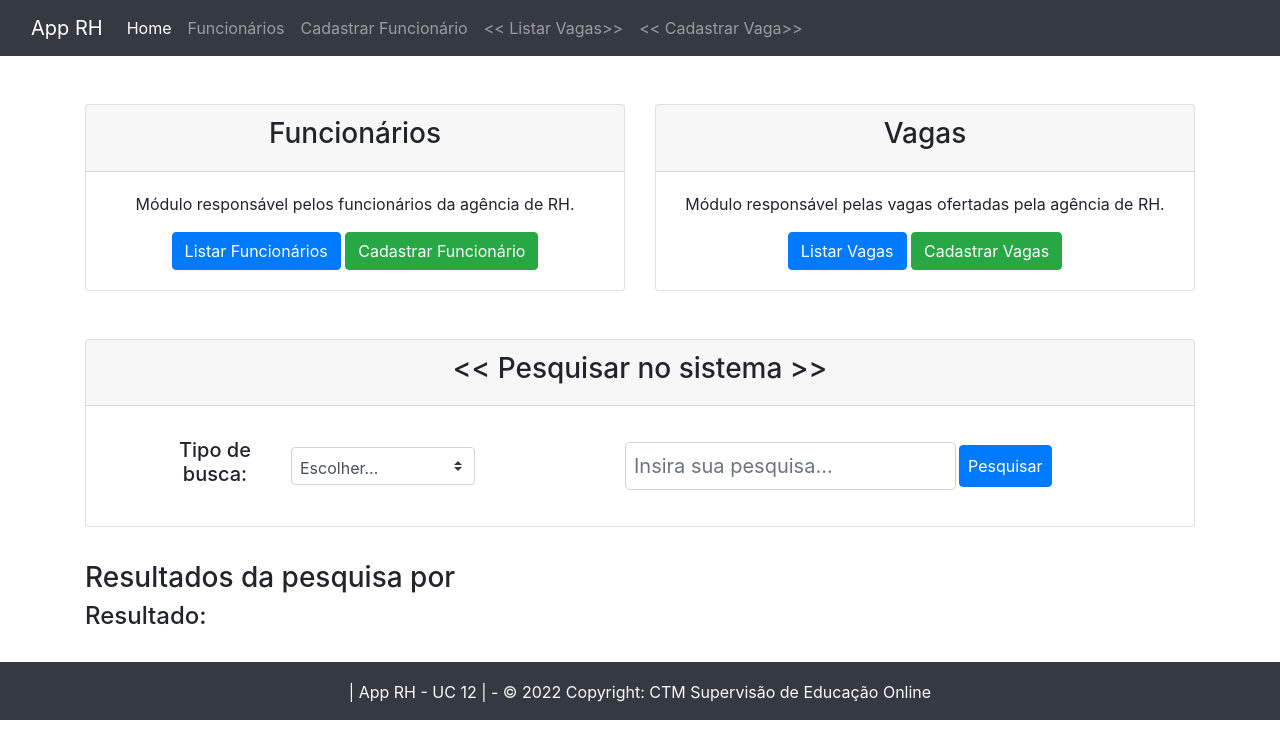
Repository: FilosoDev/SPRING-BOOT-testes
Page: http://localhost/index
These files come from the project's save history. The page is drawn as it stood at one moment and after the next save; the edit follows.
The browser window is 1280 px wide. The pictures show the whole page.
The page is this project's Thymeleaf template; nobody is signed in. The template is opened directly, without the code that normally fills it, so the values that code supplies are empty.

Above is the page before, as saved 2021-11-23 17:58:11.
Console error: TypeError: Cannot read properties of undefined (reading 'fn')

### AppRH/AppRH/src/main/resources/templates/index.html
<!DOCTYPE html>
<html lang=”pt-br” xmlns:th="http://thymeleaf.org"
	xmlns:layout="http://www.ultraq.net.nz/thymeleaf/layout">

<head>

<meta charset="utf-8">
<meta http-equiv="X-UA-Compatible" content="IE=edge">
<meta name="viewport" content="width=device-width, initial-scale=1">

<title>| App RH - UC 12 |</title>

<!-- Bootstrap -->
<link href="bootstrap/css/bootstrap.min.css" rel="stylesheet">

<!-- HTML5 shim e Respond.js para suporte no IE8 de elementos HTML5 e media queries -->
<!-- ALERTA: Respond.js não funciona se você visualizar uma página file:// -->
<!--[if lt IE 9]>
      <script src="https://oss.maxcdn.com/html5shiv/3.7.3/html5shiv.min.js"></script>
      <script src="https://oss.maxcdn.com/respond/1.4.2/respond.min.js"></script>
    <![endif]-->

</head>

<body>

	<header>

		<nav class="navbar navbar-expand-lg navbar-dark bg-dark">
			<div class="container-fluid">
				<a class="navbar-brand" href="/">App RH</a>
				<button class="navbar-toggler" type="button"
					data-bs-toggle="collapse" data-bs-target="#navbarNav"
					aria-controls="navbarNav" aria-expanded="false"
					aria-label="Toggle navigation">
					<span class="navbar-toggler-icon"></span>
				</button>
				<div class="collapse navbar-collapse" id="navbarNav">
					<ul class="navbar-nav">
						<li class="nav-item"><a class="nav-link active"
							aria-current="page" href="/">Home</a></li>
						<li class="nav-item"><a class="nav-link" href="/funcionarios">Funcionários</a></li>
						<li class="nav-item"><a class="nav-link"
							href="/cadastrarFuncionario">Cadastrar Funcionário</a></li>
						<li class="nav-item"><a class="nav-link" href="/vagas">
								<< Listar Vagas>> </a></li>
						<li class="nav-item"><a class="nav-link"
							href="/cadastrarVaga"> << Cadastrar Vaga>> </a></li>
					</ul>
				</div>
			</div>
		</nav>

	</header>

	<div class="container">
		<br> <br>

		<div class="row">
			<div class="col">
				<div class="card text-center">
					<div class="card-header card-title">
						<h3>Funcionários</h3>
					</div>
					<div class="card-body">

						<p class="card-text">Módulo responsável pelos funcionários da
							agência de RH.</p>
						<a href="/funcionarios" class="btn btn-primary">Listar
							Funcionários</a> <a href="/cadastrarFuncionario"
							class="btn btn-success">Cadastrar Funcionário</a>
					</div>
				</div>
			</div>
			<div class="col">
				<div class="card text-center">
					<div class="card-header  card-title">
						<h3>Vagas</h3>
					</div>
					<div class="card-body">
						<p class="card-text">Módulo responsável pelas vagas ofertadas
							pela agência de RH.</p>
						<a href="/vagas" class="btn btn-primary">Listar Vagas</a> <a
							href="/cadastrarVaga" class="btn btn-success">Cadastrar Vagas</a>
					</div>
				</div>
			</div>


		</div>
		<div class="row">
			<div class="col">
				<br> <br>
				<div class="card text-center card w-100">
					<div class="card-header">
						<h3><< Pesquisar no sistema >></h3>
					</div>



					<form class="form-inline" method="post">


						<div class="row form-group justify-content-center w-100 p-2">


							<div class="row col-14 col-md-2">

								<label for="cars" class="my-3 p-2"><h5>Tipo de
										busca:</h5></label>
							</div>

							<div class="row col-14 col-md-4">


								<select name="busca" id="busca" class="custom-select my-3 p-2">
									<option selected>Escolher...</option>
									<option value="nomefuncionario">Nome do Funcionário</option>
									<option value="nomedependente">Nome do Dependente</option>
									<option value="nomecandidato">Nome do Candidato</option>
									<option value="titulovaga">Nome da Vaga</option>
								</select>


						</div>

							<div class="row  col-14 col-md-4">

								<input
									class="form-control form-control-lg my-3 p-2"
									type="search" placeholder="Insira sua pesquisa..."
									aria-label="Pesquisar" name="nome">

							</div>

							<div class="row col-14 col-md-2">

								<button class="btn btn-primary my-3 p-2" type="submit">Pesquisar</button>

							</div>
						</div>

					</form>
				</div>
			</div>
			<br>
			<div class="container">
				<h3>
				<br>
					Resultados da pesquisa por <i> <span th:text="${busca}"></span>
					</i>
				</h3>
				<h4>
					Resultado: <span th:text="${contador}"></span>
				</h4>

				<div th:each="lstdependente : ${lista}">
					<span th:text="${lstdependente.nome}"></span> <br>

				</div>


				<div th:each="funcionario : ${funcionario}">
					<div class="row">
						<p>
							<span th:text="${funcionario.id}"></span>
						</p>
						<p>
							<span th:text="${funcionario.nome}"></span>
						</p>
						<p>
							<span th:text="${funcionario.data}"></span>
						</p>
						<p>
							<span th:text="${funcionario.email}"></span>
						</p>
					</div>
				</div>

				<div th:each="dependente : ${dependentes}">
					<span th:text="${dependente.cpf}"></span> <span
						th:text="${dependente.nome}"></span> <span
						th:text="${dependente.datanascimento}"></span> <br>
				</div>



			</div>



		</div>





		<div style="height: 100px;"></div>

		<div class="footer-copyright fixed-bottom bg-dark text-center py-3">
			<span class="text-light align-middle">| App RH - UC 12 | - ©
				2022 Copyright: CTM Supervisão de Educação Online</span>
		</div>

		<!--JavaScript bootstrap-->
		<script type="text/javascript" src="bootstrap/js/bootstrap.js"></script>
		<script
			src="https://cdn.jsdelivr.net/npm/bootstrap@5.1.3/dist/js/bootstrap.bundle.min.js"
			integrity="sha384-ka7Sk0Gln4gmtz2MlQnikT1wXgYsOg+OMhuP+IlRH9sENBO0LRn5q+8nbTov4+1p"
			crossorigin="anonymous">
	</script>
</body>

</html>

Loaded but not shown: AppRH/AppRH/src/main/resources/static/bootstrap/css/bootstrap.min.css (library); AppRH/AppRH/src/main/resources/static/bootstrap/js/bootstrap.js (library)

After the next save:
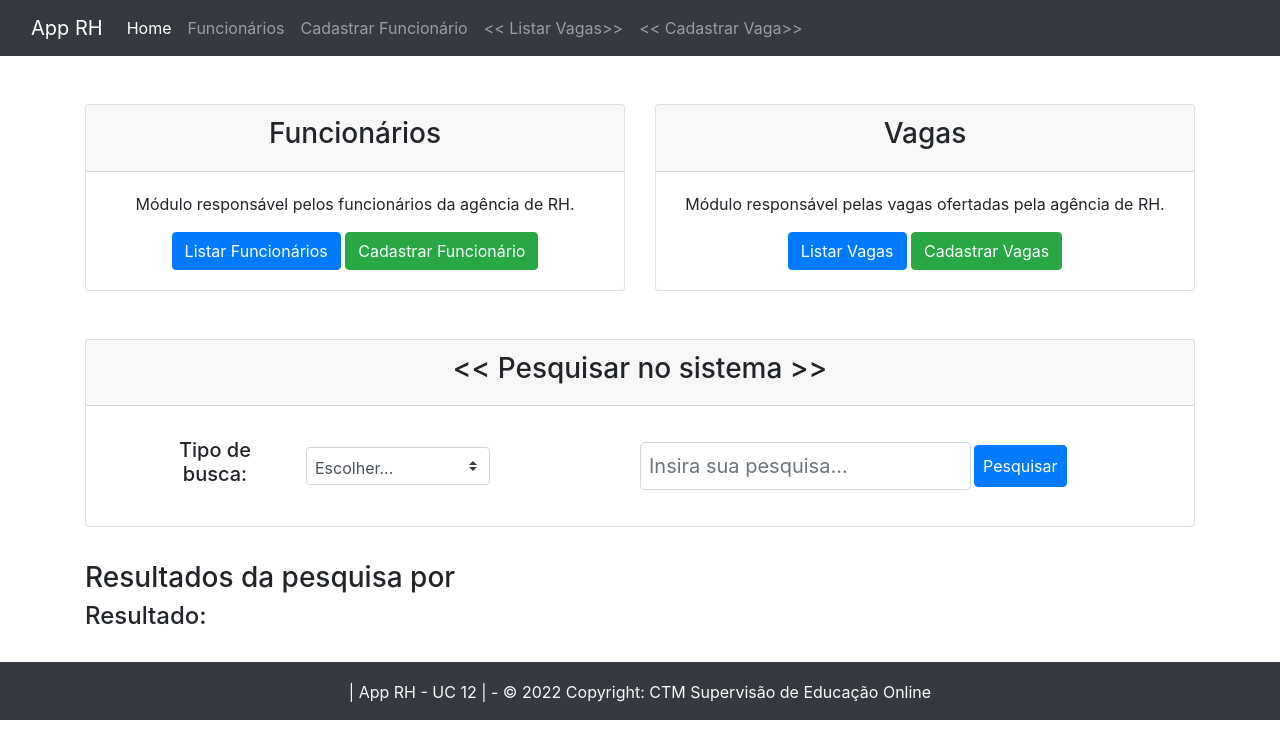
Saved 17 s later.
--- a/AppRH/AppRH/src/main/resources/templates/index.html
+++ b/AppRH/AppRH/src/main/resources/templates/index.html
@@ -104,7 +104,7 @@
 						<div class="row form-group justify-content-center w-100 p-2">
 
 
-							<div class="row col-14 col-md-2">
+							<div class="col col-14 col-md-2">
 
 								<label for="cars" class="my-3 p-2"><h5>Tipo de
 										busca:</h5></label>
